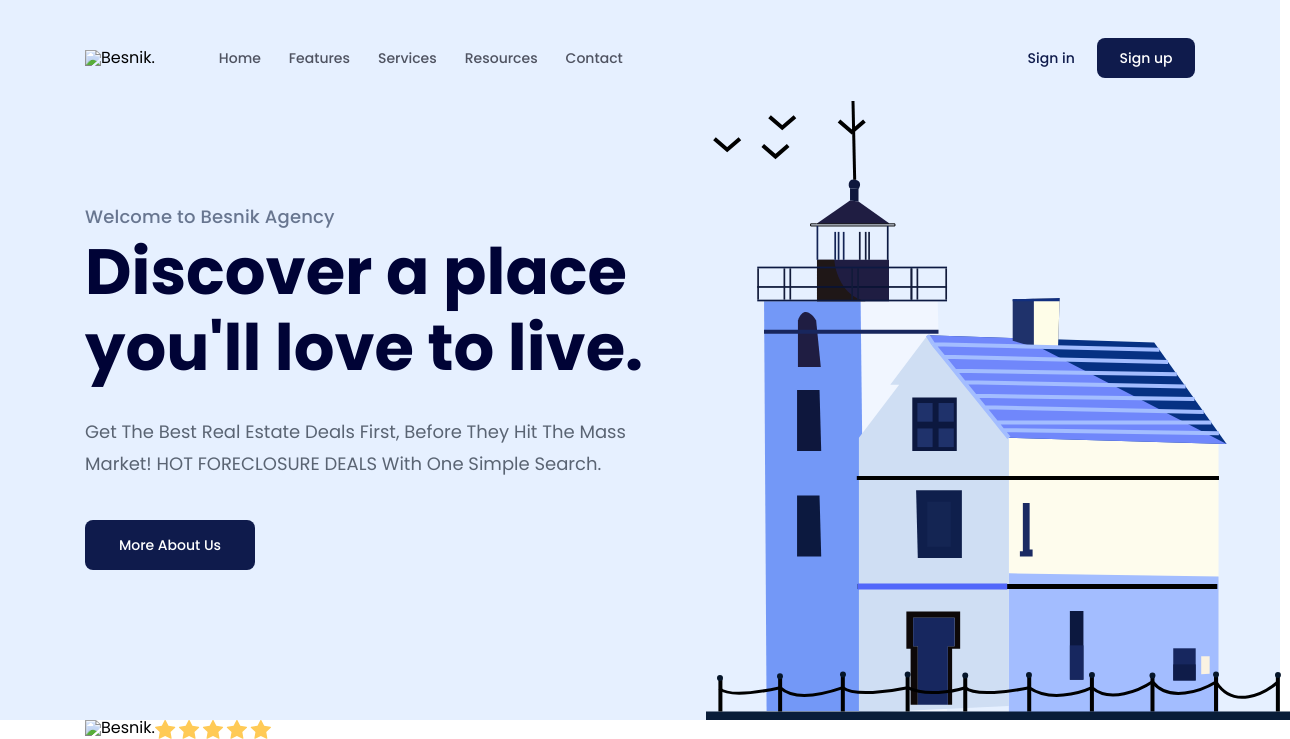
Repository: Phu2992/htmlcss-f8-01
Page: index.html
The author's editor kept a copy of each file at every save. The page is drawn from the files as they stood at one save, then again after the next save.
The browser window is 1280 px wide. The page is 1290 px wide, so the pictures cover 1290 px, including what lies to the right of the window. The pictures show the whole page.

Above is the page before, as saved 2024-09-26 21:01:41.

After the next save:
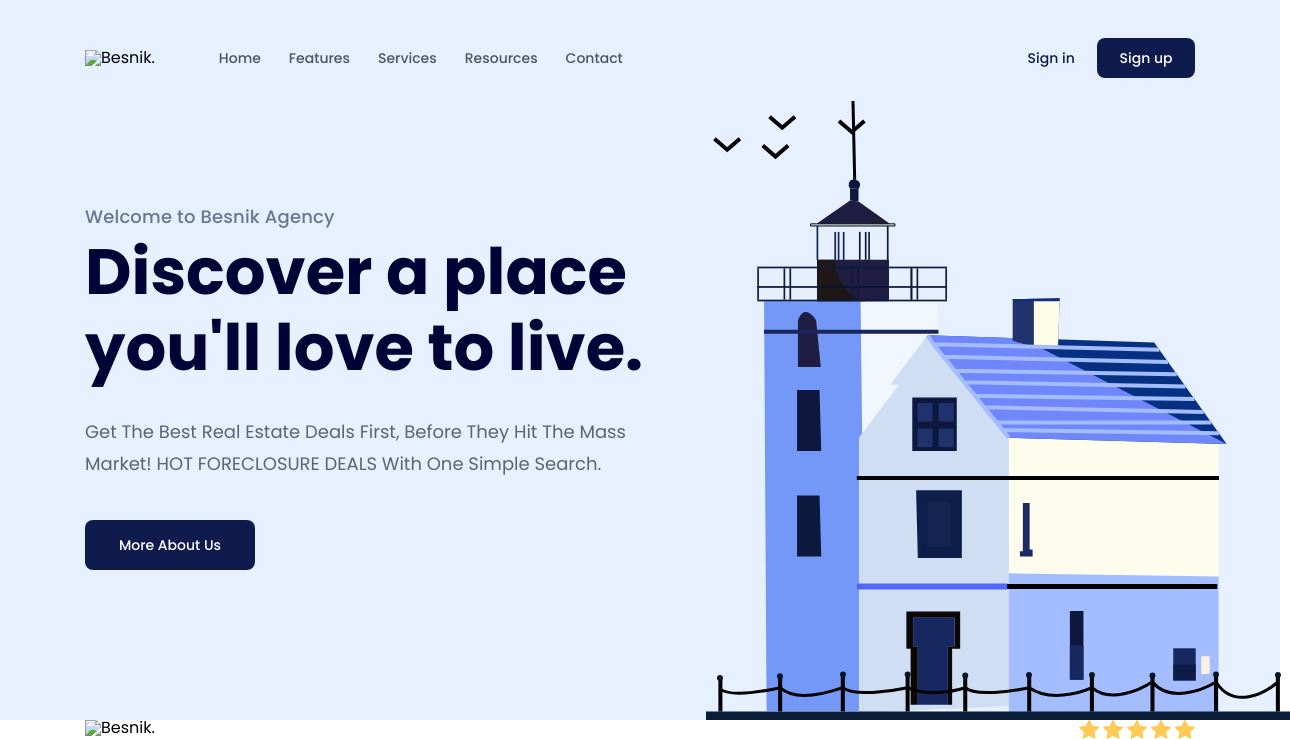
Saved 21 s later.
--- a/assets/css/styles.css
+++ b/assets/css/styles.css
@@ -136,5 +136,5 @@
 
 .logo-row {
     display: flex;
-    justify-items: space-between;
+    justify-content: space-between;
 }
